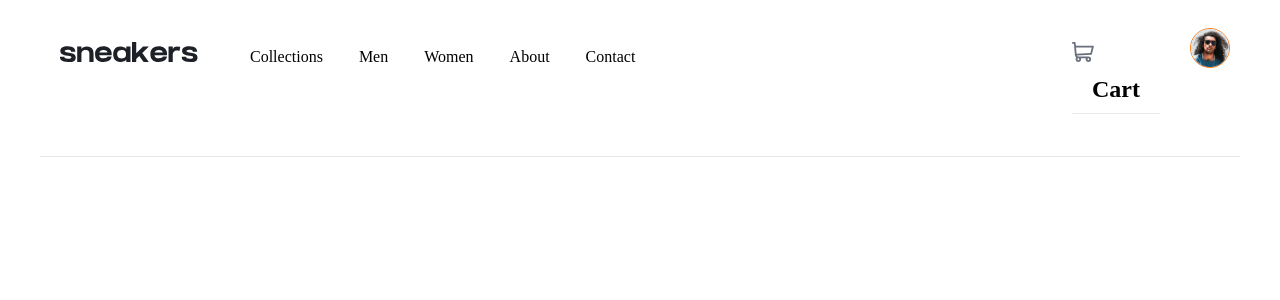
Repository: Bakyproit/Ecommerce
Page: index.html
The author's editor kept a copy of each file at every save. The page is drawn from the files as they stood at one save, then again after a run of saves.
The browser window is 1280 px wide. The pictures show the whole page.
The style sheet was rebuilt from its Sass, Less or Tailwind sources for each picture, by a compiler version that may differ from the author's.

Above is the page before, as saved 2022-02-14 13:35:54.

### index.html
<!DOCTYPE html>
<html lang="en">
<head>
    <meta charset="UTF-8">
    <meta http-equiv="X-UA-Compatible" content="IE=edge">
    <meta name="viewport" content="width=device-width, initial-scale=1.0">
    <title>Ecommerce</title>
    <link rel="stylesheet" href="./asset/css/app.css">
    <link rel="preconnect" href="https://fonts.googleapis.com">
    <link rel="preconnect" href="https://fonts.gstatic.com" crossorigin>
    <link href="https://fonts.googleapis.com/css2?family=Kumbh+Sans:wght@400;700&display=swap" rel="stylesheet">
</head>
<body>
    <div class="wrapper">
        <!-- Beggin header -->
        <div class="header">
            <div class="header__left">
                <div class="header__left-logo">
                    <img src="./asset/images/logo.svg" alt="">
                </div>
                <div class="header__left-menu">
                    <ul class="header__left-menu-list">
                        <li class="header__left-menu-item">
                            <a href="" class="header__left-menu-item-title">Collections</a>
                        </li>
                        <li class="header__left-menu-item">
                            <a href="" class="header__left-menu-item-title">Men</a>
                        </li>
                        <li class="header__left-menu-item">
                            <a href="" class="header__left-menu-item-title">Women</a>
                        </li>
                        <li class="header__left-menu-item">
                            <a href="" class="header__left-menu-item-title">About</a>
                        </li>
                        <li class="header__left-menu-item">
                            <a href="" class="header__left-menu-item-title">Contact</a>
                        </li>
                    </ul>
                </div>
            </div>
            <div class="header__right">
                <div class="header__right-cart">
                    <img src="./asset/images/icon-cart.svg" alt="">
                    <!-- cart-list--no-cart -->
                    <!-- cart-list--yes-cart-->
                    <div class="header-cart cart-list--yes-cart">
                        <h3 class="cart-list-heading">Cart</h3>
                        <span class="cart-list-message">Your cart is empty</span>




                    </div>
                </div>
                <div class="header__right-avatar">
                    <img src="./asset/images/image-avatar.png" alt="">
                </div>
            </div>
        </div>
        <!-- end header -->
    </div>
</body>
</html>

### asset/sass/app.scss
@import './valiable.scss' ;
@import './style.scss' ;
@import './reset.scss' ;

### asset/sass/valiable.scss

$Color_primary : hsl(26,100%,55%) ;
$Pale_orange: hsl(25, 100%, 94%) ;
$blue : hsl(220, 13%, 13%) ;
$Dark_grayish_blue : hsl(219, 9%, 45%);
$Grayish_blue : hsl(220, 14%, 75%) ;
$Light_grayish_blue : hsl(223, 64%, 98%) ;
$White : hsl(0, 0%, 100%) ;
$Black : hsl(0, 0%, 0%) ;
$Font_s : 16px ;

### asset/sass/style.scss
.wrapper{
    width: 1200px;
    margin: 0 auto;
}

.header{
    display: flex;
    justify-content: space-between;
    border-bottom: 1px solid #e8e7ec;
}

.header__left{
    display: flex;
    &-logo{
        padding: 42px 20px;
    }
    &-menu{
        margin-left: 16px;
        transition: all linear 0.2s;

        &-item{
            display: inline-block;
            margin: 0 16px;
        }
        &-item-title{
            display: inline-block;
            padding: 48px 0;
            color : $Black ;
        }
        &-item-title:hover{
            border-bottom: 4px solid $Color_primary;
            font-weight: 700;
        }
    }
}
.header__right {
    display: flex;
    &-cart{
        color : $Black ;
        padding: 42px 20px;
        cursor: pointer;
        position: relative;
    }
    &-cart:hover .cart-list{
        display: block;
    }

    .cart-list{
        width: 360px;
        position: absolute;
        top:70% ;
        right: 0 ;
        background-color: $White;
        box-shadow: 2px 6px 10px $Grayish_blue ;
        border-radius: 4px;
        index : 2 ;
        &-heading{
            font-size: 24px;
            color : $Black ;
            display: block;
            padding: 10px 20px;
            border-bottom: 1px solid #e8e7ec;
        }
        &-message{
            display: inline-block;
            color : $Dark_grayish_blue ;
            font-weight: 700;
            margin : 80px 100px;
            display: none;
        }

    }
    .cart-list--no-cart .cart-list-message{
        display: block ;
    }


    &-avatar{
        width: 40px;
        height: 40px;
        border-radius:40px ;
        border : 1px solid $Color_primary ;
        margin: 28px 10px auto 10px;
        cursor: pointer;
        img{
            width: 100%;
        }
    }
}

### asset/sass/reset.scss
*{
    box-sizing: border-box;
    padding: 0;
    margin: 0;
}
html{
    font-size: 16px;
}
h1, h2,h3{
    margin: 0;
}
ul{
    margin: 0;
    padding-left: 0;
    list-style: none;
}
a{
    text-decoration: none;

}

After the next 2 saves:
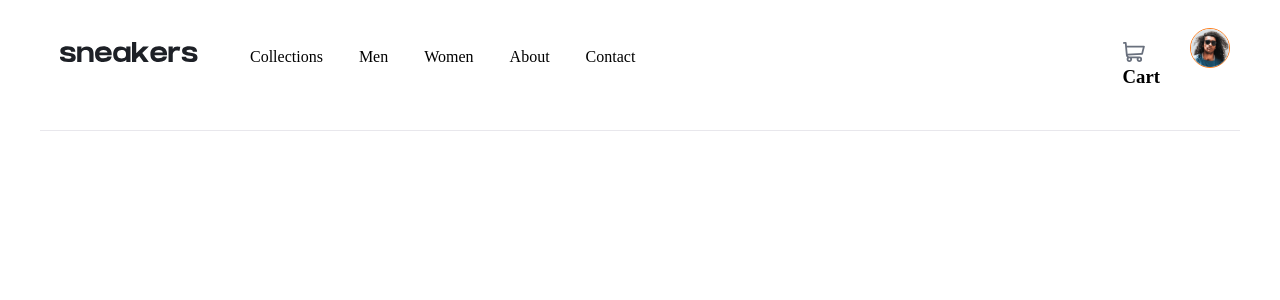
The 2 saves are shown as one change because they came seconds apart.
The last was saved 6 s later.
--- a/index.html
+++ b/index.html
@@ -44,7 +44,7 @@
                     <!-- cart-list--no-cart -->
                     <!-- cart-list--yes-cart-->
                     <div class="header-cart cart-list--yes-cart">
-                        <h3 class="cart-list-heading">Cart</h3>
+                        <h3 class="cart-heading">Cart</h3>
                         <span class="cart-list-message">Your cart is empty</span>
 
 
